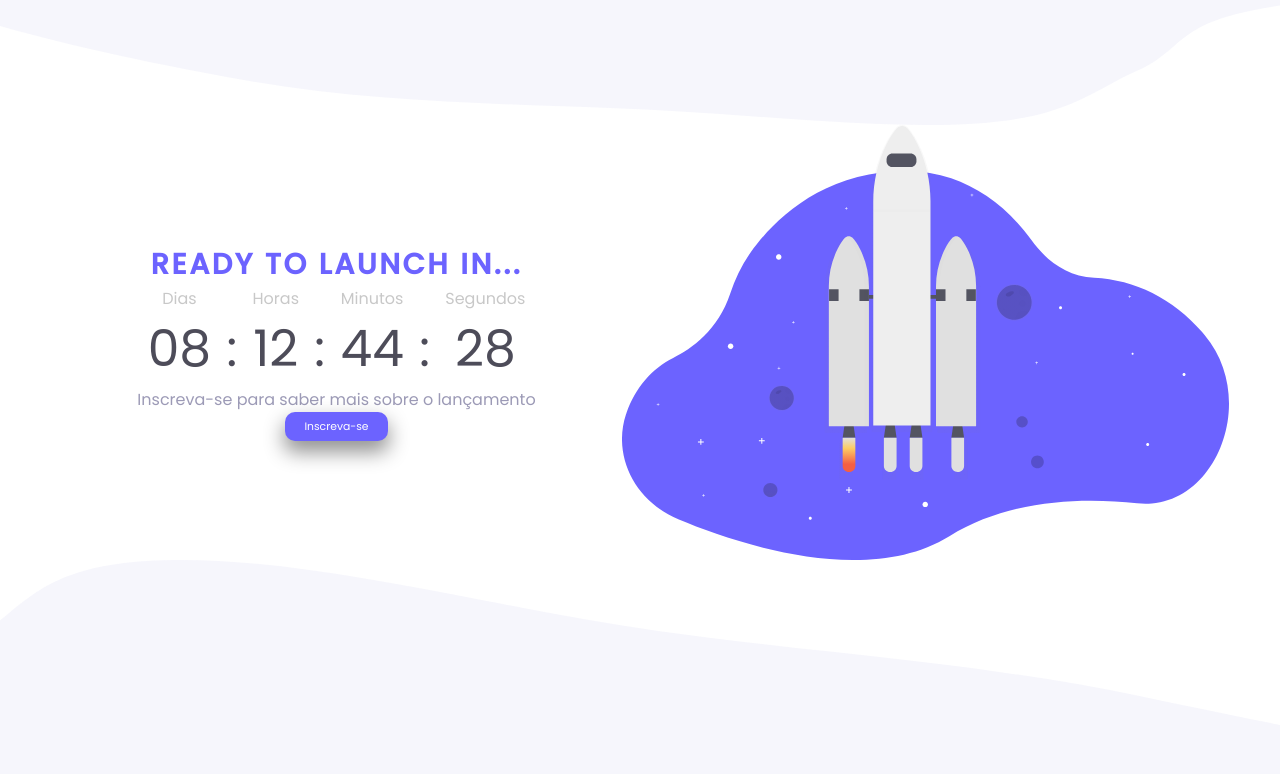
Repository: BrunoBross/countdown
Page: index.html
An editor plug-in stored every save of this project. The page is shown before and after a run of saves, followed by the edit.
The browser window is 1280 px wide. The pictures show the whole page.

Above is the page before, as saved 2021-11-30 01:06:09.

### index.html
<!DOCTYPE html>
<html lang="en">
<head>
  <meta charset="UTF-8">
  <meta http-equiv="X-UA-Compatible" content="IE=edge">
  <meta name="viewport" content="width=device-width, initial-scale=1.0">
  <title>Document</title>
  <link rel="stylesheet" href="./style.css">
  <link rel="preconnect" href="https://fonts.googleapis.com">
  <link rel="preconnect" href="https://fonts.gstatic.com" crossorigin>
  <link href="https://fonts.googleapis.com/css2?family=Poppins:wght@300;400;500&display=swap" rel="stylesheet">
</head>
<body>
  <div class="background">
    <img class="image" id="top" src="./assets/top-image.svg" alt="">
    <div class="center">
      <div class="content">
        <h1>READY TO LAUNCH IN...</h1>
        <div class="clock">
          <div class="time" id="day">
            <p>Dias</p>
            <h1>08</h1>
          </div>
          <div class="time"><h1>:</h1></div>
          <div class="time" id="hour">
            <p>Horas</p>
            <h1>12</h1>
          </div>
          <div class="time"><h1>:</h1></div>
          <div class="time" id="minute">
            <p>Minutos</p>
            <h1>44</h1>
          </div>
          <div class="time"><h1>:</h1></div>
          <div class="time" id="second">
            <p>Segundos</p>
            <h1>28</h1>
          </div>
        </div>
        <p>Inscreva-se para saber mais sobre o lançamento</p>
        <button class="subscribe">Inscreva-se</button>
      </div>
      <img id="rocket" src="./assets/rocket.svg" alt="">
    </div>
    <img class="image" id="bottom" src="./assets/bottom-image.svg" alt="">
  </div>
</body>

<script src="./script.js"></script>
</html>

### style.css
*{
  padding: 0;
  margin: 0;
}

body{
  background-color: #FFF;
}

.background{
  height: 100vh;
  display: flex;
  flex-direction: column;
  justify-content: space-between;
}

.center{
  padding: 0 4vw;
  display: flex;
  justify-content: space-between;
}

.image{
  width: 100vw;
}

.clock{
  display: flex;
  gap: 1.2vw;
  align-items: flex-end;
}

.time{
  display: flex;
  flex-direction: column;
  justify-content: center;
  align-items: center;
}

.time > p{
  font-family: 'Poppins', 'sans-serif';
  color: #C8C8C8;
}

.time > h1{
  font-family: 'Poppins', 'sans-serif';
  color: #4D4C59;
  font-size: 7vh;
  font-weight: 400;
}

.content{
  width: 50vw;
  display: flex;
  flex-direction: column;
  justify-content: center;
  align-items: center;
}

.content > h1{
  color: #6C63FF;
  font-family: 'Poppins', 'sans-serif';
  font-weight: 700;
  font-size: 4vh;
  letter-spacing: 0.2vw;
}

.content > p{
  font-family: 'Poppins', 'sans-serif';
  font-weight: 400;
  color: #9C9AB6;
}

.subscribe{
  width: 8vw;
  height: 4vh;
  border: none;
  background-color: #6C63FF;
  border-radius: 10px;
  font-family: 'Poppins', 'sans-serif';
  font-weight: 400;
  font-size: 1.5vh;
  color: #FFF;
  box-shadow: 0 10px 20px 1px #0000006e;
}

Loaded but not shown: script.js (no copy from this time; the picture is the same without it)

After the next 2 saves:
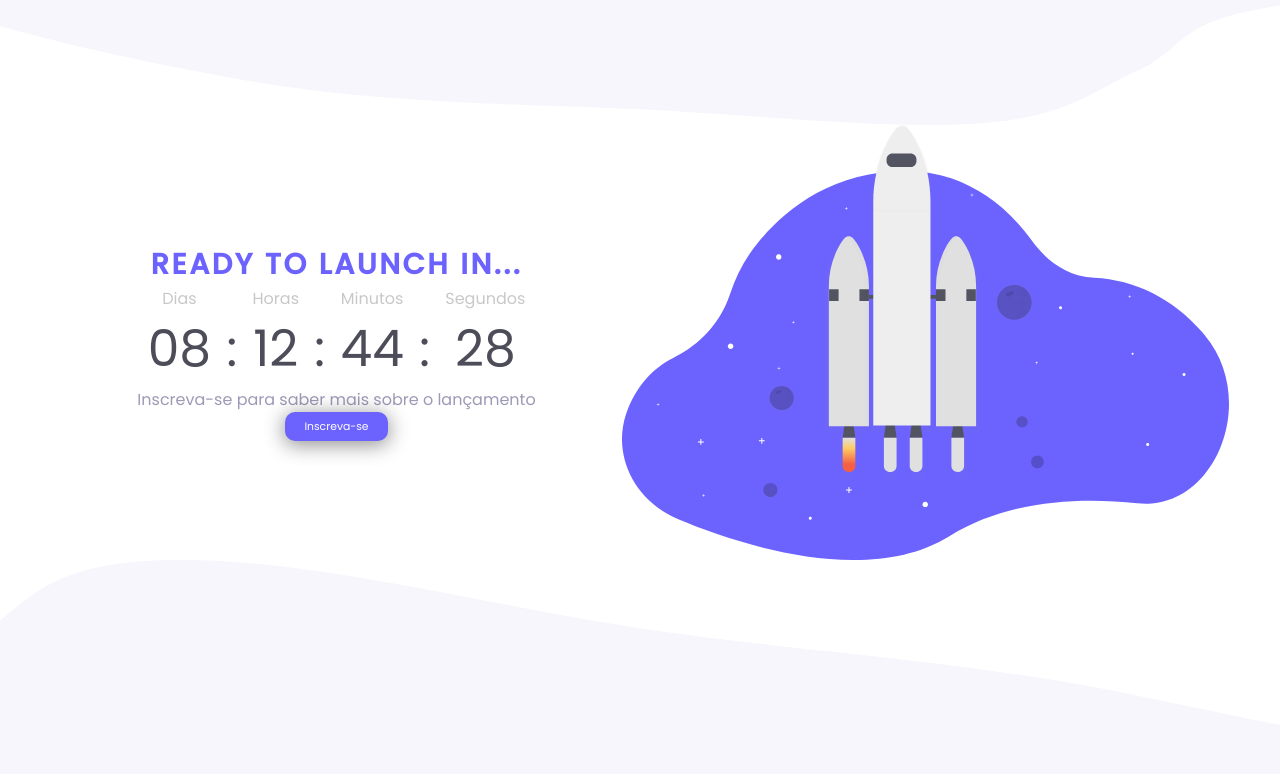
The 2 saves are shown as one change because they came seconds apart.
The last was saved 6 s later.
--- a/style.css
+++ b/style.css
@@ -81,5 +81,5 @@ body{
   font-weight: 400;
   font-size: 1.5vh;
   color: #FFF;
-  box-shadow: 0 10px 20px 1px #0000006e;
+  box-shadow: 0 3px 20px 1px #0000006e;
 }
